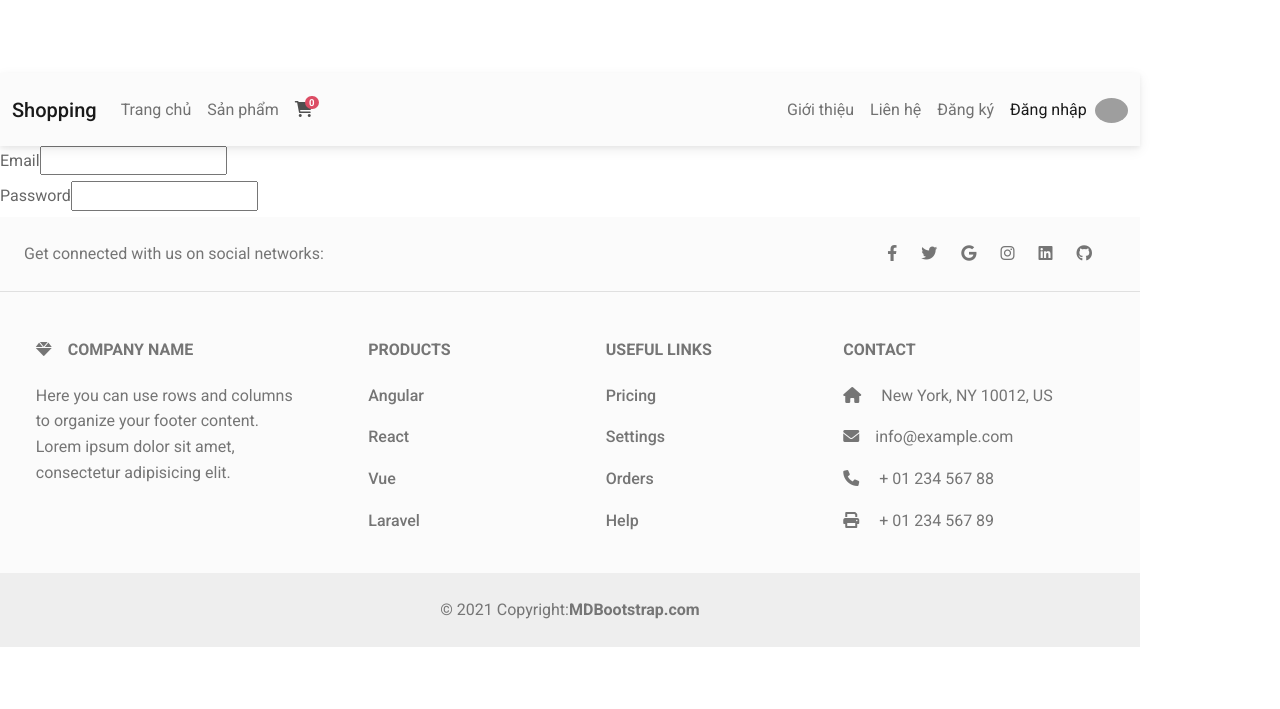
Repository: TinhTT336/MD02_Session10
Page: /login
An editor plug-in stored every save of this project. The page is shown before and after the next save, followed by the edit.
The browser window is 1280 px wide. The pictures show the whole page.
Pictures or frames that could not be fetched are drawn as grey boxes. Some web libraries are served in a nearby version. The project was rebuilt for these pictures with package versions that can differ from the ones it lists, and the page was loaded fresh each time. Also part of the build but not shown: vite.config.js, src/components/base/button/button.css, src/components/base/button/Button.jsx, src/pages/Home.jsx, src/common/formatMoney.js, src/actions/cartActions.js, src/pages/ListProduct.jsx, src/pages/Cart.jsx and 13 more.

Above is the page before, as saved 2023-09-08 17:00:59.

### index.html
<!DOCTYPE html>
<html lang="en">
  <head>
    <meta charset="UTF-8" />
    <link rel="icon" type="image/svg+xml" href="/vite.svg" />
    <meta name="viewport" content="width=device-width, initial-scale=1.0" />
    <title>Vite + React</title>
    <!-- Font Awesome -->
    <link
      href="https://cdnjs.cloudflare.com/ajax/libs/font-awesome/6.0.0/css/all.min.css"
      rel="stylesheet"
    />
    <!-- Google Fonts -->
    <link
      href="https://fonts.googleapis.com/css?family=Roboto:300,400,500,700&display=swap"
      rel="stylesheet"
    />
    <!-- MDB -->
    <link
      href="https://cdnjs.cloudflare.com/ajax/libs/mdb-ui-kit/6.4.1/mdb.min.css"
      rel="stylesheet"
    />
  </head>
  <body>
    <div id="root"></div>
    <script type="module" src="/src/main.jsx"></script>
    <script
      type="text/javascript"
      src="https://cdnjs.cloudflare.com/ajax/libs/mdb-ui-kit/6.4.1/mdb.min.js"
    ></script>
  </body>
</html>

### src/main.jsx
import React from 'react'
import ReactDOM from 'react-dom/client'
import App from './App.jsx'
import './index.css'
import { BrowserRouter } from 'react-router-dom'
import { Provider } from 'react-redux'
import { createStore } from 'redux'
import { reducer } from './reducers/index.js'

const store = createStore(reducer)
ReactDOM.createRoot(document.getElementById('root')).render(
  <React.StrictMode>
    <BrowserRouter>
      <Provider store={store}>
        <App />
      </Provider>
    </BrowserRouter>
  </React.StrictMode>,
)

### src/App.jsx

import { Route, Routes, useLocation } from 'react-router-dom'
import './App.css'
import Home from './pages/Home'
import ListProduct from './pages/ListProduct'
import Cart from './pages/Cart'
import About from './pages/About'
import Contact from './pages/Contact'
import Register from './pages/Register'
import Login from './pages/Login'
import ProductDetail from './pages/ProductDetail'
import { useEffect } from 'react'
import PrivateRouter from './pages/private/PrivateRouter'
import HomeAdmin from './pages/private/HomeAdmin'
import ManagerProduct from './pages/private/ManagerProduct'
import ManagerUser from './pages/private/ManagerUser'

function App() {
  const location = useLocation();
  useEffect(() => {
    window.scrollTo({ top: 0, behavior: "smooth" });
  }, [location.pathname])
  return (
    <>
      <Routes>
        {/* Router ai cung co the truy cap */}
        <Route path='/' element={<Home />}></Route>
        <Route path='/list-product' element={<ListProduct />}></Route>
        <Route path='/product/:id' element={<ProductDetail />}></Route>
        <Route path='/cart' element={<Cart />}></Route>
        <Route path='/about' element={<About />}></Route>
        <Route path='/contact' element={<Contact />}></Route>
        <Route path='/register' element={<Register />}></Route>
        <Route path='/login' element={<Login />}></Route>
        <Route path='/product-detail' element={<ProductDetail />}></Route>

        {/* Router chi admin moi co the truy cap */}
        <Route path='/admin' element={<PrivateRouter />}>
          {/* path ="/" duong dan tuyet doi */}
          <Route index element={<HomeAdmin />}></Route>
          <Route path='manager-product' element={<ManagerProduct />}></Route>
          <Route path='manager-user' element={<ManagerUser />}></Route>
        </Route>
      </Routes>
    </>
  )
}

export default App

### src/reducers/index.js
import { combineReducers } from "redux";
import { listProduct } from "./listProduct";
import { listCart } from "./listCart";

export const reducer = combineReducers({ listProduct, listCart });

### src/App.css
* {
  margin: 0;
  padding: 0;
  box-sizing: border-box;
}
/* .active {
  background-color: #efefef;
} */
/* body {
  max-width: 90%;
  margin: 0 auto;
} */

.nav-item .nav-link {
  padding: 15px;
}

.fa-cart-shopping {
  position: relative;
}

.fa-cart-shopping + span {
  position: absolute;
  top: -10px;
  right: -10px;
  background-color: red;
  color: white;
  border-radius: 50%;
  padding: 5px 10px;
}

### src/pages/Login.jsx
import React from 'react'
import Navbar from '../layouts/Navbar'
import Footer from '../layouts/Footer'

export default function Login() {
    return (
        <div>
            <Navbar />
            <form className='form-container'>
                <div className='form-group'>
                    <label className='form-label' htmlFor="email">Email</label>
                    <input className='form-input' type="text" id="email" />
                </div>
                <div className='form-group'>
                    <label className='form-label' htmlFor="password">Password</label>
                    <input className='form-input' type="password" id="password" />
                </div>

            </form>
            <Footer />
        </div>
    )
}

### src/reducers/listProduct.js
import products from "../data/products.json";
export const listProduct = (state = products, action) => {
  return state;
};

### src/layouts/Navbar.jsx
import React from 'react'
import { useSelector } from 'react-redux'
import { Link, NavLink } from 'react-router-dom'

export default function Navbar() {
    const carts = useSelector(cart => cart.listCart);
    return (
        <div>
            <>
                {/* Navbar start */}
                {/* Navbar */}
                <nav className="navbar navbar-expand-lg navbar-light bg-light">
                    {/* Container wrapper */}
                    <div className="container-fluid">
                        {/* Toggle button */}
                        <button
                            className="navbar-toggler"
                            type="button"
                            data-mdb-toggle="collapse"
                            data-mdb-target="#navbarSupportedContent"
                            aria-controls="navbarSupportedContent"
                            aria-expanded="false"
                            aria-label="Toggle navigation"
                        >
                            <i className="fas fa-bars" />
                        </button>
                        {/* Collapsible wrapper */}
                        <div className="collapse navbar-collapse" id="navbarSupportedContent">
                            {/* Navbar brand */}
                            <a className="navbar-brand mt-2 mt-lg-0" >
                                {" "}
                                Shopping{" "}
                            </a>
                            {/* Left links */}
                            <ul className="navbar-nav me-auto mb-2 mb-lg-0">
                                <li className="nav-item">
                                    <NavLink to={"/"} className="nav-link" >
                                        Trang chủ
                                    </NavLink>
                                </li>
                                <li className="nav-item">
                                    <NavLink to={"/list-product"} className="nav-link" >
                                        Sản phẩm
                                    </NavLink>
                                </li>
                                <li className="nav-item">
                                    {/* Icon */}
                                    <Link to={"/cart"} className="text-reset me-3 nav-link" >
                                        <i className="fas fa-shopping-cart" />
                                        <span className="badge rounded-pill badge-notification bg-danger">
                                            {carts.length}
                                        </span>
                                    </Link>
                                </li>
                            </ul>
                            {/* Left links */}
                        </div>
                        {/* Collapsible wrapper */}
                        {/* Right elements */}
                        <div className="d-flex align-items-center">
                            <ul className="navbar-nav me-auto mb-2 mb-lg-0">
                                <li className="nav-item">
                                    <NavLink to={"/about"} className="nav-link" >
                                        Giới thiệu
                                    </NavLink>
                                </li>
                                <li className="nav-item">
                                    <NavLink to={"/contact"} className="nav-link" >
                                        Liên hệ
                                    </NavLink>
                                </li>
                                <li className="nav-item">
                                    <NavLink to={"/register"} className="nav-link" >
                                        Đăng ký
                                    </NavLink>
                                </li>
                                <li className="nav-item">
                                    <NavLink to={"/login"} className="nav-link" >
                                        Đăng nhập
                                    </NavLink>
                                </li>
                            </ul>
                            {/* Avatar */}
                            <div className="dropdown">
                                <a
                                    className="dropdown-toggle d-flex align-items-center hidden-arrow"

                                    id="navbarDropdownMenuAvatar"
                                    role="button"
                                    data-mdb-toggle="dropdown"
                                    aria-expanded="false"
                                >
                                    <img
                                        src="https://mdbcdn.b-cdn.net/img/new/avatars/2.webp"
                                        className="rounded-circle"
                                        height={25}
                                        alt="Black and White Portrait of a Man"
                                        loading="lazy"
                                    />
                                </a>
                                <ul
                                    className="dropdown-menu dropdown-menu-end"
                                    aria-labelledby="navbarDropdownMenuAvatar"
                                >
                                    <li>
                                        <a className="dropdown-item" >
                                            My profile
                                        </a>
                                    </li>
                                    <li>
                                        <a className="dropdown-item" >
                                            Settings
                                        </a>
                                    </li>
                                    <li>
                                        <a className="dropdown-item" >
                                            Logout
                                        </a>
                                    </li>
                                </ul>
                            </div>
                        </div>
                        {/* Right elements */}
                    </div>
                    {/* Container wrapper */}
                </nav>
                {/* Navbar end */}
            </>

        </div>
    )
}

### src/layouts/Footer.jsx
import React from 'react'

export default function Footer() {
    return (
        <>
            <>
                {/* Footer start */}
                {/* Footer */}
                <footer className="text-center text-lg-start bg-light text-muted">
                    {/* Section: Social media */}
                    <section className="d-flex justify-content-center justify-content-lg-between p-4 border-bottom">
                        {/* Left */}
                        <div className="me-5 d-none d-lg-block">
                            <span>Get connected with us on social networks:</span>
                        </div>
                        {/* Left */}
                        {/* Right */}
                        <div>
                            <a href="" className="me-4 text-reset">
                                <i className="fab fa-facebook-f" />
                            </a>
                            <a href="" className="me-4 text-reset">
                                <i className="fab fa-twitter" />
                            </a>
                            <a href="" className="me-4 text-reset">
                                <i className="fab fa-google" />
                            </a>
                            <a href="" className="me-4 text-reset">
                                <i className="fab fa-instagram" />
                            </a>
                            <a href="" className="me-4 text-reset">
                                <i className="fab fa-linkedin" />
                            </a>
                            <a href="" className="me-4 text-reset">
                                <i className="fab fa-github" />
                            </a>
                        </div>
                        {/* Right */}
                    </section>
                    {/* Section: Social media */}
                    {/* Section: Links  */}
                    <section className="">
                        <div className="container text-center text-md-start mt-5">
                            {/* Grid row */}
                            <div className="row mt-3">
                                {/* Grid column */}
                                <div className="col-md-3 col-lg-4 col-xl-3 mx-auto mb-4">
                                    {/* Content */}
                                    <h6 className="text-uppercase fw-bold mb-4">
                                        <i className="fas fa-gem me-3" />
                                        Company name
                                    </h6>
                                    <p>
                                        Here you can use rows and columns to organize your footer content.
                                        Lorem ipsum dolor sit amet, consectetur adipisicing elit.
                                    </p>
                                </div>
                                {/* Grid column */}
                                {/* Grid column */}
                                <div className="col-md-2 col-lg-2 col-xl-2 mx-auto mb-4">
                                    {/* Links */}
                                    <h6 className="text-uppercase fw-bold mb-4">Products</h6>
                                    <p>
                                        <a href="#!" className="text-reset">
                                            Angular
                                        </a>
                                    </p>
                                    <p>
                                        <a href="#!" className="text-reset">
                                            React
                                        </a>
                                    </p>
                                    <p>
                                        <a href="#!" className="text-reset">
                                            Vue
                                        </a>
                                    </p>
                                    <p>
                                        <a href="#!" className="text-reset">
                                            Laravel
                                        </a>
                                    </p>
                                </div>
                                {/* Grid column */}
                                {/* Grid column */}
                                <div className="col-md-3 col-lg-2 col-xl-2 mx-auto mb-4">
                                    {/* Links */}
                                    <h6 className="text-uppercase fw-bold mb-4">Useful links</h6>
                                    <p>
                                        <a href="#!" className="text-reset">
                                            Pricing
                                        </a>
                                    </p>
                                    <p>
                                        <a href="#!" className="text-reset">
                                            Settings
                                        </a>
                                    </p>
                                    <p>
                                        <a href="#!" className="text-reset">
                                            Orders
                                        </a>
                                    </p>
                                    <p>
                                        <a href="#!" className="text-reset">
                                            Help
                                        </a>
                                    </p>
                                </div>
                                {/* Grid column */}
                                {/* Grid column */}
                                <div className="col-md-4 col-lg-3 col-xl-3 mx-auto mb-md-0 mb-4">
                                    {/* Links */}
                                    <h6 className="text-uppercase fw-bold mb-4">Contact</h6>
                                    <p>
                                        <i className="fas fa-home me-3" /> New York, NY 10012, US
                                    </p>
                                    <p>
                                        <i className="fas fa-envelope me-3" />
                                        info@example.com
                                    </p>
                                    <p>
                                        <i className="fas fa-phone me-3" /> + 01 234 567 88
                                    </p>
                                    <p>
                                        <i className="fas fa-print me-3" /> + 01 234 567 89
                                    </p>
                                </div>
                                {/* Grid column */}
                            </div>
                            {/* Grid row */}
                        </div>
                    </section>
                    {/* Section: Links  */}
                    {/* Copyright */}
                    <div
                        className="text-center p-4"
                        style={{ backgroundColor: "rgba(0, 0, 0, 0.05)" }}
                    >
                        © 2021 Copyright:
                        <a className="text-reset fw-bold" href="https://mdbootstrap.com/">
                            MDBootstrap.com
                        </a>
                    </div>
                    {/* Copyright */}
                </footer>
                {/* Footer */}
                {/* Footer end */}
            </>

        </ >
    )
}

### src/contrains/actionTypes.js
export const ACT_ADD_CART = "add";
export const ACT_DECREASE = "decrease";
export const ACT_INCREASE = "increase";
export const ACT_DELETE = "delete";

### src/layouts/admin/sidebar/sidebar.css
/* .sidebar-admin {
  width: 230px;
  min-height: 100vh;
  color: #afafaf;
  padding: 5px;
}

.router-item {
  padding: 10px;
  border-bottom: 1px solid rgba(255, 255, 255, 0.1);
  cursor: pointer;
  transition: all.3s ease;
  color: #dfdcdc !important;
  font-size: 14px;
  font-weight: 600;
  display: flex;
  align-items: center;
  position: relative;
  z-index: 1;
  padding: 10px 20px 10px 20px;
  background-color: rgba(255, 255, 255, 0.1);
  border-radius: 5px;
  transition: all.3s ease;
  box-shadow: 0 1px 3px rgba(0, 0, 0, 0.12), 0 1px 2px rgba(0, 0, 0, 0.24);
}

.router-item:hover {
  background-color: rgba(255, 255, 255, 0.2);
  box-shadow: 0 14px 26px -12px rgba(0, 0, 0, 0.42),
    0 4px 23px 0px rgba(0, 0, 0, 0.12), 0 8px 10px -5px rgba(0, 0, 0, 0.2);
  color: #fff !important;
}

.router-item:hover.router-item-icon {
  color: #fff;
}

.router-item-icon {
  font-size: 20px;
  margin-right: 10px;
}

.router-item-title {
  font-size: 14px;
  font-weight: 600;
} */

.m-menu {
  width: 230px;
  background-color: #393a3d;
  color: #fff;
  overflow-y: auto;
}

.m-menu a {
  color: #efe3e3;
  text-decoration: none;
  cursor: pointer;
}

.m-logo-container {
  height: 56px;
  width: 230px;
  display: flex;
  align-items: center;
  /* justify-content: center; */
}

.m-logo-icon {
  height: 56px;
  width: 100%;
  border-right: 1px solid #dadada;
}

.m-menu-item {
  height: calc(100vh - 62px);
  overflow: auto;
}

.m-item-router {
  height: 50px;
  display: flex;
  align-items: center;
  padding-right: 14px;
  padding-left: 8px;
  border-left: 6px solid transparent;
  position: relative;
}

.m-item-router.active::before,
.m-item-router:hover::before {
  content: "";
  color: #fff;
  background: rgb(212, 215, 220);
  opacity: 0.2;
  width: calc(100% + 6px);
  height: 50px;
  left: -6px;
  top: 0px;
  position: absolute;
}

@media screen and (max-width: 600px) {
  .m-item-router .m-item-title {
    display: none;
  }

  .m-menu {
    width: 48px;
  }

  .m-logo-icon {
    height: 70px;
  }
  .collapse {
    left: 8px;
  }
  .collapse .m-item-title {
    display: none;
  }

  .m-navbar {
    height: 48px !important;
  }
}

.m-icon-15-fs {
  margin-right: 8px;
}

Loaded but not shown: src/index.css (common file); src/data/products.json (44 lines, source omitted); src/reducers/listCart.js (96 lines, source omitted)

After the next save:
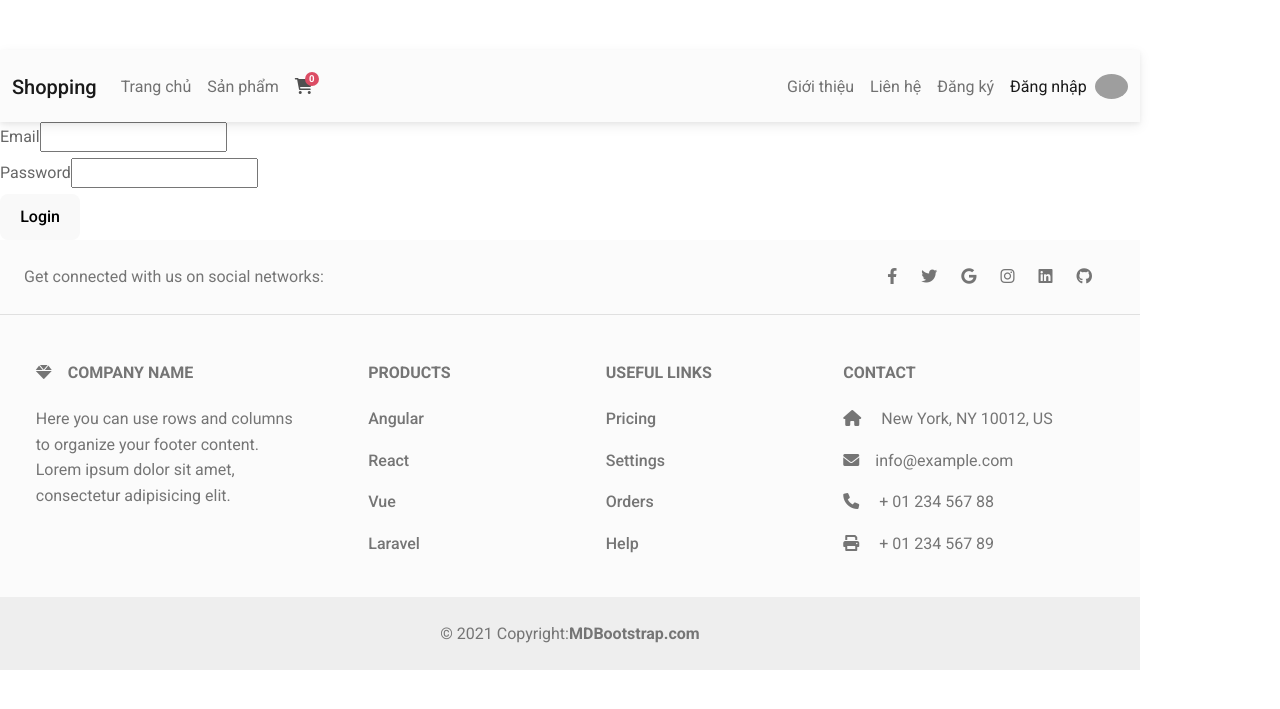
Saved 13 s later.
--- a/src/pages/Login.jsx
+++ b/src/pages/Login.jsx
@@ -15,7 +15,7 @@ export default function Login() {
                     <label className='form-label' htmlFor="password">Password</label>
                     <input className='form-input' type="password" id="password" />
                 </div>
-
+                <button>Login</button>
             </form>
             <Footer />
         </div>
